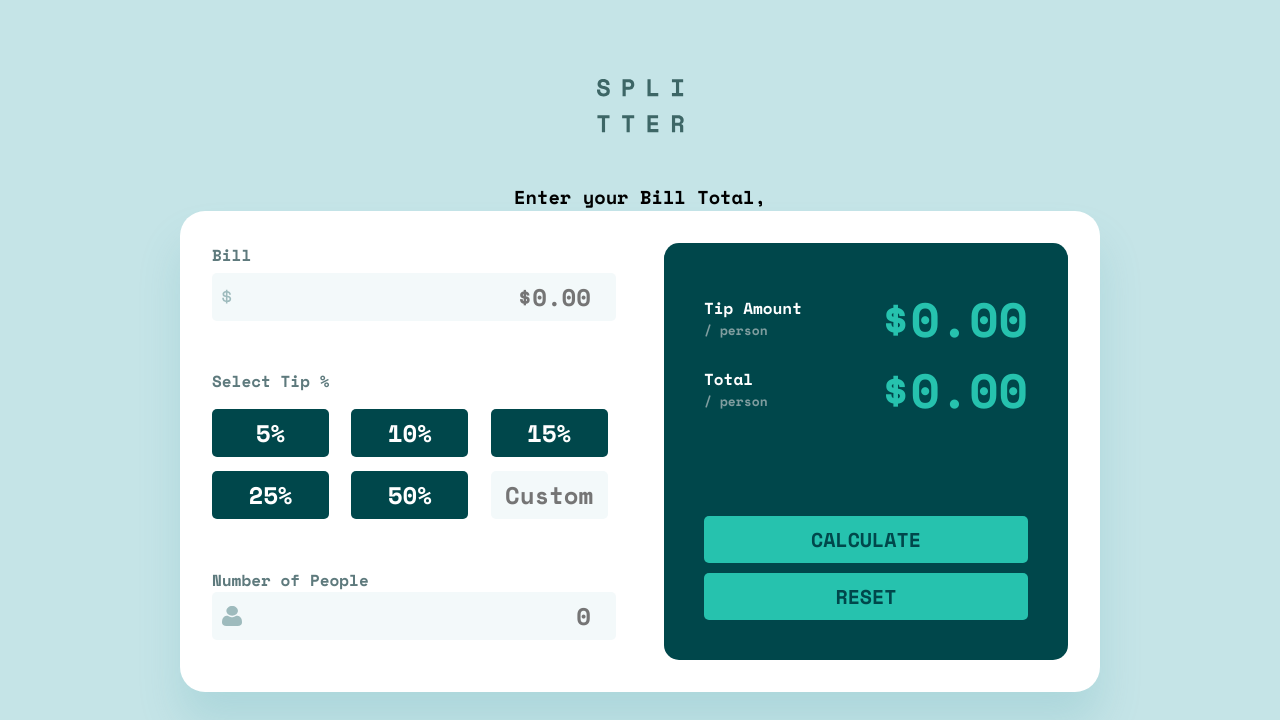
Repository: brandontaylor1/splitter
Page: index.html
The author's editor kept a copy of each file at every save. The page is drawn from the files as they stood at one save, then again after the next save.
The browser window is 1280 px wide. The pictures show the whole page.

Above is the page before, as saved 2025-02-07 14:05:47.

After the next save:
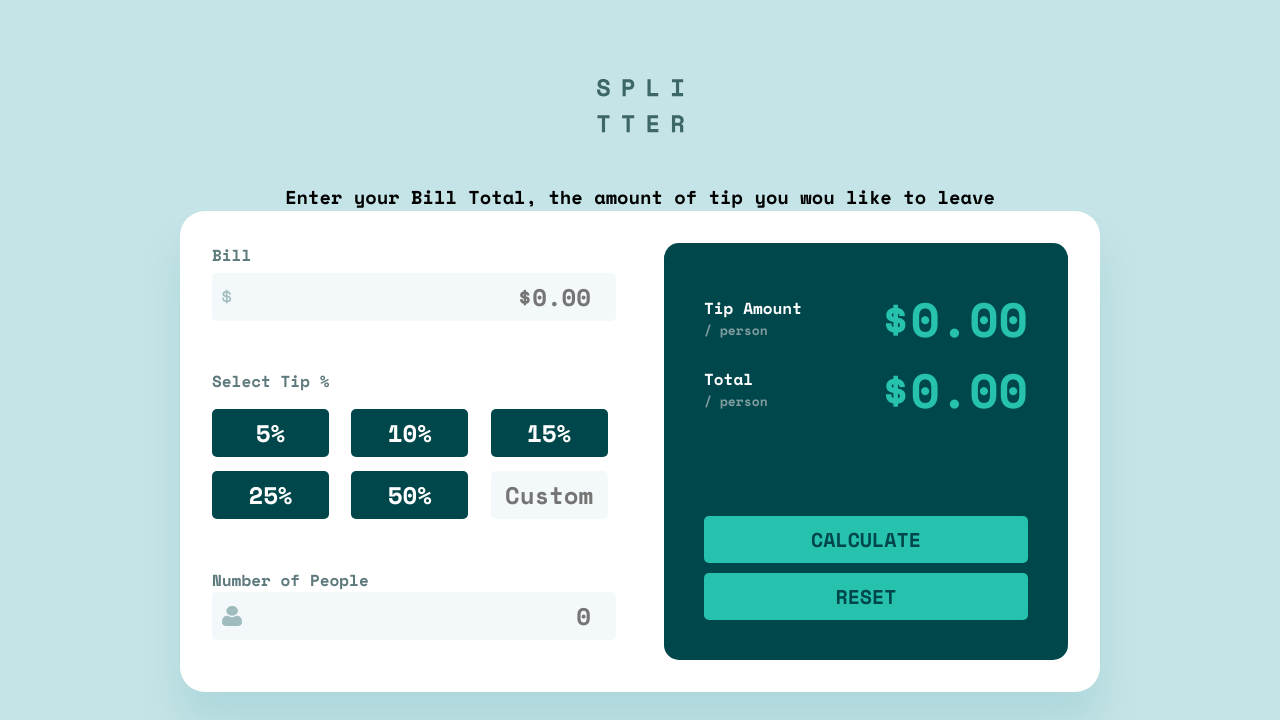
Saved 11 s later.
--- a/index.html
+++ b/index.html
@@ -12,7 +12,7 @@
 <body>
     <img src="./assets/images/logo.svg" id="logo-image" alt="logo image">
     <h1 class="error-message" id="form-error"></h1>
-    <h3>Enter your Bill Total, </h3>
+    <h3>Enter your Bill Total, the amount of tip you wou like to leave </h3>
     <main class="container">
         <form>
             <div class="left-column">
